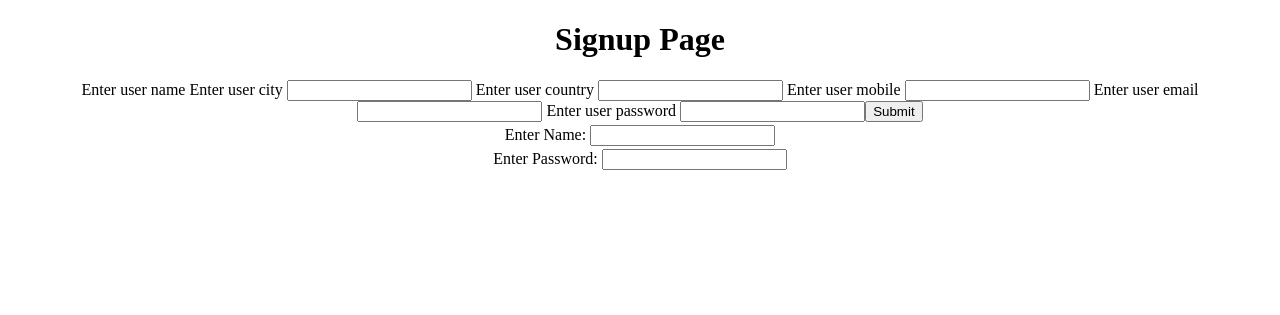
Repository: Suhail-Ahmad-Khan/iplwebapp
Page: http://localhost/IPLWebapp2016/WEB-INF/jsp/signup.jsp
The author's editor kept a copy of each file at every save. The page is drawn from the files as they stood at one save, then again after the next save.
The browser window is 1280 px wide. The pictures show the whole page.
The page is served by Tomcat 9. Nobody is signed in. Other server files are loaded and not shown. The template is opened directly, without the code that normally fills it, so the values that code supplies are empty.

Above is the page before, as saved 2016-12-01 06:17:34.

### IPLWebapp2016/src/main/webapp/WEB-INF/jsp/signup.jsp
<%@ page language="java" contentType="text/html; charset=UTF-8"
	pageEncoding="UTF-8"%>
<%@ taglib uri="http://www.springframework.org/tags/form" prefix="form"%>
<!DOCTYPE html PUBLIC "-//W3C//DTD HTML 4.01 Transitional//EN" "http://www.w3.org/TR/html4/loose.dtd">
<html>
<head>
<meta http-equiv="Content-Type" content="text/html; charset=UTF-8">
<title>Signup Page</title>
</head>
<body style="text-align: center">
	<h1>Signup Page</h1>
	<center>
		<form:form action="signupPage" commandName="user" method="post">
			<table>
				<tr>
					<td><label>Enter Name:</label></td>
					<td><form:input type="text" path="name" /></td>
				</tr>
				Enter user name Enter user city
				<form:input type="text" path="city" />
				Enter user country
				<form:input type="text" path="country" />
				Enter user mobile
				<form:input type="text" path="mobile" />
				Enter user email
				<form:input type="email" path="email" />
				Enter user password
				<form:input type="password" path="password" />
				<form:input type="submit" path="" value="Submit" />
			</table>
		</form:form>
	</center>


</body>
</html>



<tr>
	<td><label>Enter Password:</label></td>
	<td><input type="password" size=20 /></td>
</tr>

After the next save:
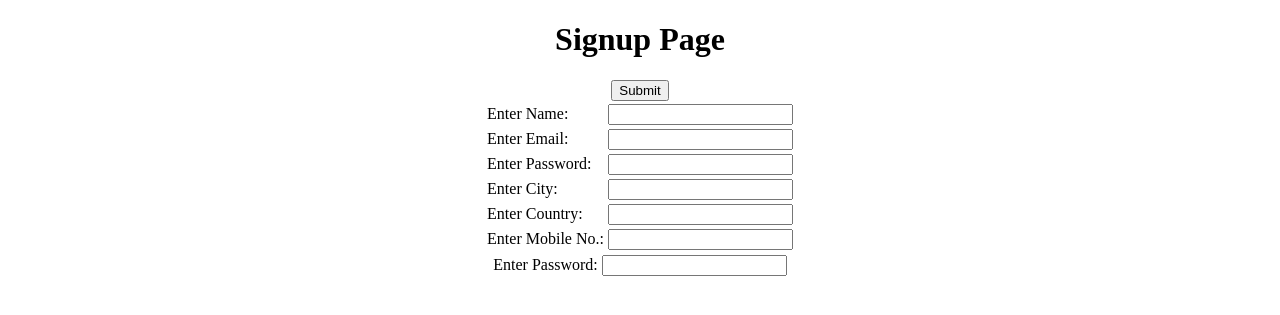
Saved 4 min 19 s later.
--- a/IPLWebapp2016/src/main/webapp/WEB-INF/jsp/signup.jsp
+++ b/IPLWebapp2016/src/main/webapp/WEB-INF/jsp/signup.jsp
@@ -16,17 +16,30 @@
 					<td><label>Enter Name:</label></td>
 					<td><form:input type="text" path="name" /></td>
 				</tr>
-				Enter user name Enter user city
-				<form:input type="text" path="city" />
-				Enter user country
-				<form:input type="text" path="country" />
-				Enter user mobile
-				<form:input type="text" path="mobile" />
-				Enter user email
-				<form:input type="email" path="email" />
-				Enter user password
-				<form:input type="password" path="password" />
-				<form:input type="submit" path="" value="Submit" />
+				<tr>
+					<td><label>Enter Email:</label></td>
+					<td><form:input type="email" path="email" /></td>
+				</tr>
+				<tr>
+					<td><label>Enter Password:</label></td>
+					<td><form:input type="password" path="password" /></td>
+				</tr>
+				<tr>
+					<td><label>Enter City:</label></td>
+					<td><form:input type="text" path="city" /></td>
+				</tr>
+				<tr>
+					<td><label>Enter Country:</label></td>
+					<td><form:input type="text" path="country" /></td>
+				</tr>
+				<tr>
+					<td><label>Enter Mobile No.:</label></td>
+					<td><form:input type="text" path="mobile" /></td>
+				</tr>
+				<tr>
+					<form:input type="submit" path="" value="Submit" />
+				</tr>
+
 			</table>
 		</form:form>
 	</center>
